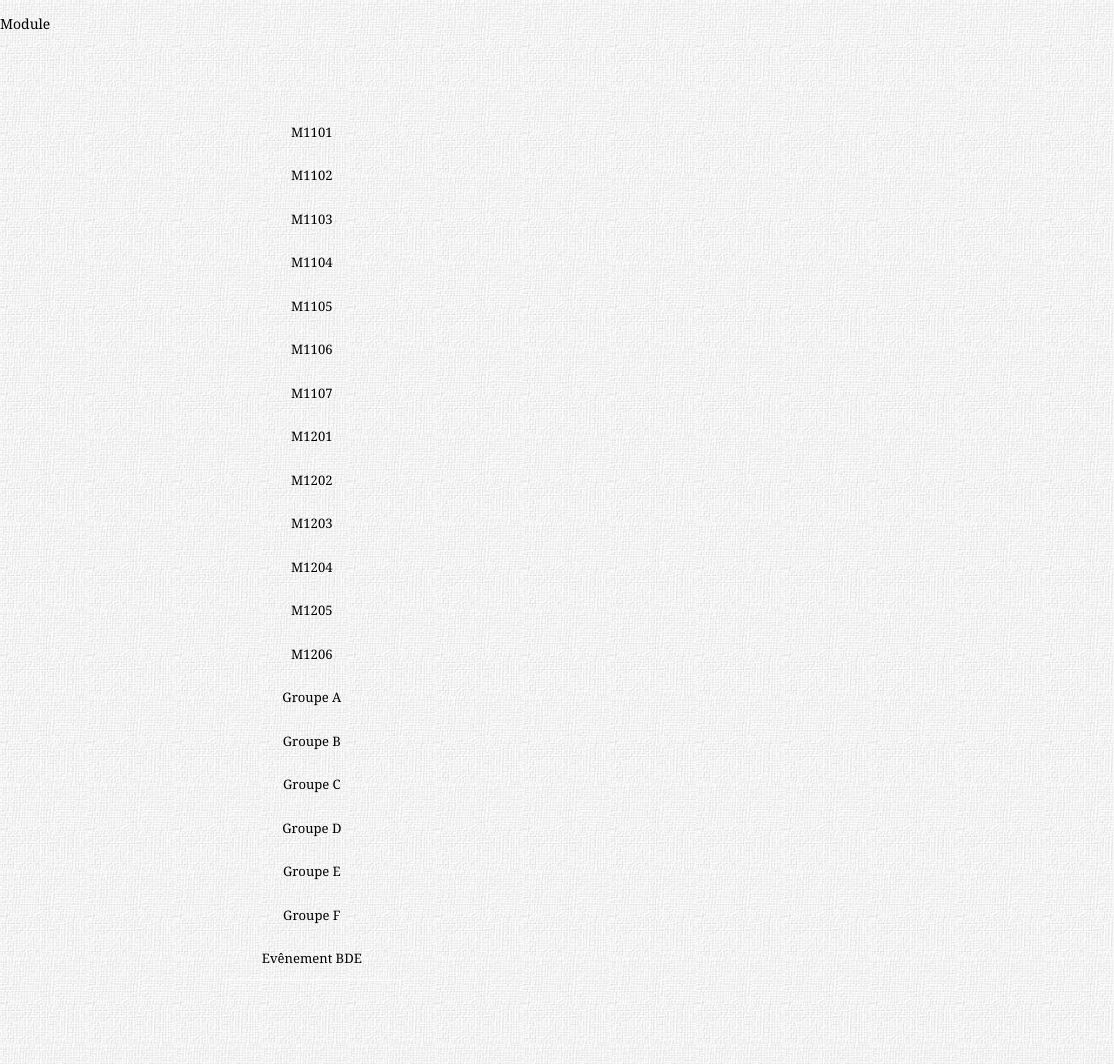
Repository: ValentinArg/PETUT
Page: http://localhost/PETUT/WEB-INF/jsp/eleve/semestre1.jsp
These files come from the project's save history. The page is drawn as it stood at one moment and after the next save; the edit follows.
The browser window is 1280 px wide. The pictures show the whole page, at 87% of full size.
Some web libraries are served in a nearby version. The page is served by Tomcat 9. Nobody is signed in. The template is opened directly, without the code that normally fills it, so the values that code supplies are empty.

Above is the page before, as saved 2016-10-01 15:58:51.

After the next save:
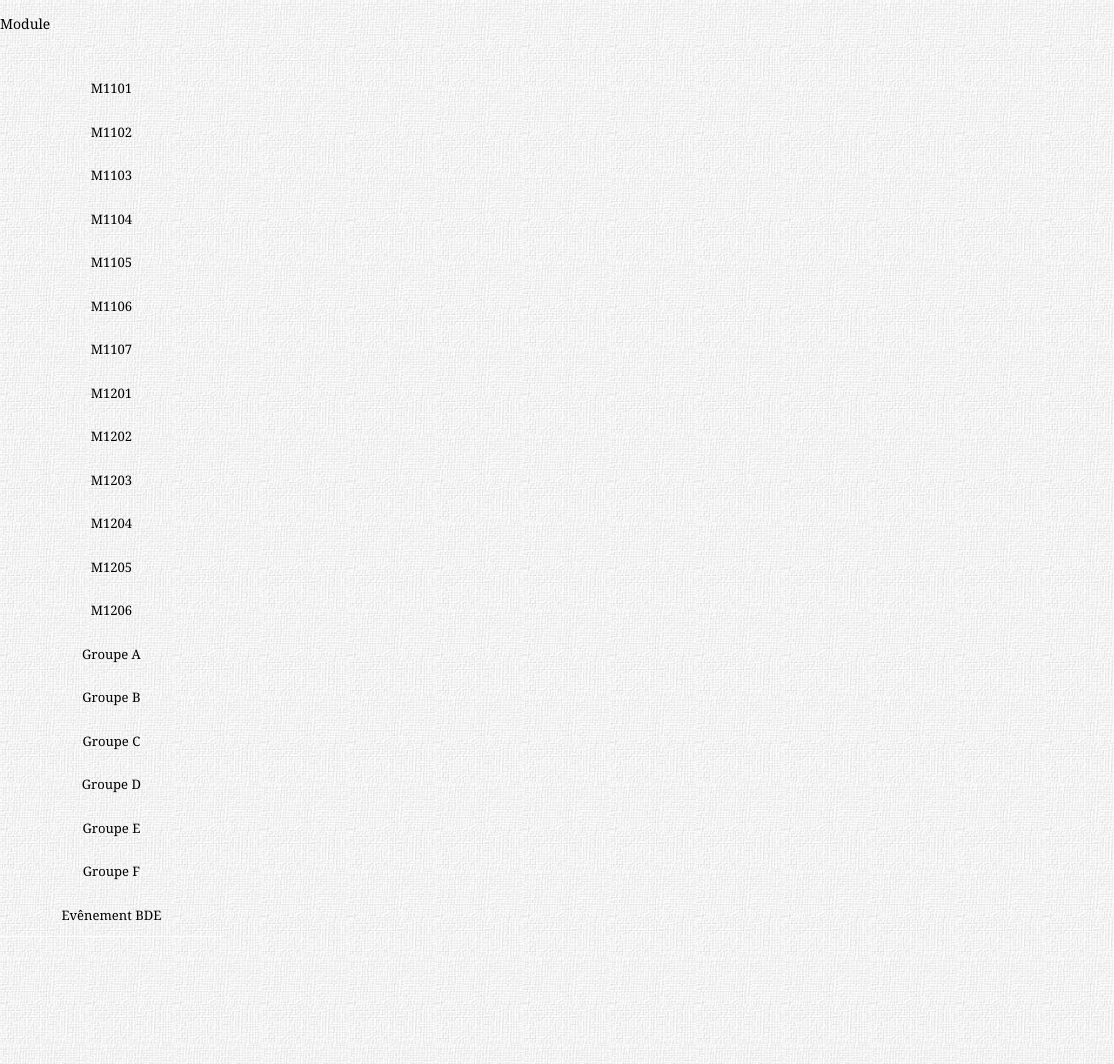
Saved 16 min 26 s later.
--- a/PETUT/WebContent/WEB-INF/jsp/eleve/semestre1.jsp
+++ b/PETUT/WebContent/WEB-INF/jsp/eleve/semestre1.jsp
@@ -10,32 +10,33 @@
 </head>
 <body>
 	<jsp:include page="../enTete.jsp"/>
+
+	<div class="navigation">
+		<ul>
+			<li class="parent" id="parent1"><p class="module">M1101</p></li>
+			<li class="parent" id="parent2"><p class="module">M1102</p></li>
+			<li class="parent" id="parent1"><p class="module">M1103</p></li>
+			<li class="parent" id="parent2"><p class="module">M1104</p></li>
+			<li class="parent" id="parent1"><p class="module">M1105</p></li>
+			<li class="parent" id="parent2"><p class="module">M1106</p></li>
+			<li class="parent" id="parent1"><p class="module">M1107</p></li>
+			<li class="parent" id="parent2"><p class="module">M1201</p></li>
+			<li class="parent" id="parent1"><p class="module">M1202</p></li>
+			<li class="parent" id="parent2"><p class="module">M1203</p></li>
+			<li class="parent" id="parent1"><p class="module">M1204</p></li>
+			<li class="parent" id="parent2"><p class="module">M1205</p></li>
+			<li class="parent" id="parent1"><p class="module">M1206</p></li>
+			<li class="parent" id="parent1"><p class="module">Groupe A</p></li>
+			<li class="parent" id="parent2"><p class="module">Groupe B</p></li>
+			<li class="parent" id="parent1"><p class="module">Groupe C</p></li>
+			<li class="parent" id="parent2"><p class="module">Groupe D</p></li>
+			<li class="parent" id="parent1"><p class="module">Groupe E</p></li>
+			<li class="parent" id="parent2"><p class="module">Groupe F</p></li>
+			<li class="parent" id="parent1"><p class="module">Evênement BDE</p></li>
+
+		</ul>
+	</div>
 	<div class="conteneurGeneral">
-		<div class="navigation">
-			<ul>
-				<li class="parent" id="parent1"><p class="module">M1101</p></li>
-				<li class="parent" id="parent2"><p class="module">M1102</p></li>
-				<li class="parent" id="parent1"><p class="module">M1103</p></li>
-				<li class="parent" id="parent2"><p class="module">M1104</p></li>
-				<li class="parent" id="parent1"><p class="module">M1105</p></li>
-				<li class="parent" id="parent2"><p class="module">M1106</p></li>
-				<li class="parent" id="parent1"><p class="module">M1107</p></li>
-				<li class="parent" id="parent2"><p class="module">M1201</p></li>
-				<li class="parent" id="parent1"><p class="module">M1202</p></li>
-				<li class="parent" id="parent2"><p class="module">M1203</p></li>
-				<li class="parent" id="parent1"><p class="module">M1204</p></li>
-				<li class="parent" id="parent2"><p class="module">M1205</p></li>
-				<li class="parent" id="parent1"><p class="module">M1206</p></li>
-				<li class="parent" id="parent1"><p class="module">Groupe A</p></li>
-				<li class="parent" id="parent2"><p class="module">Groupe B</p></li>
-				<li class="parent" id="parent1"><p class="module">Groupe C</p></li>
-				<li class="parent" id="parent2"><p class="module">Groupe D</p></li>
-				<li class="parent" id="parent1"><p class="module">Groupe E</p></li>
-				<li class="parent" id="parent2"><p class="module">Groupe F</p></li>
-				<li class="parent" id="parent1"><p class="module">Evênement BDE</p></li>
-
-			</ul>
-		</div>
 	</div>
 
 </body>
